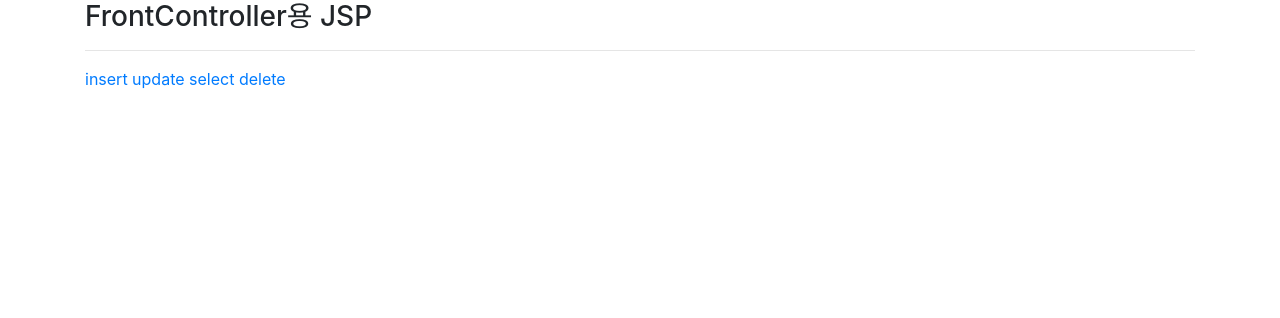
Repository: rasz60/ezen
Page: http://localhost/jsp_servlet_22_ex01/frontCon.jsp
These files come from the project's save history. The page is drawn as it stood at one moment and after the next save; the edit follows.
The browser window is 1280 px wide. The pictures show the whole page.
Some web libraries are served in a nearby version. The page is served by Tomcat 9. Other server files are loaded and not shown.

Above is the page before, as saved 2022-02-14 03:04:25.

### 04_jsp_servlet-workspace/jsp_servlet_22_ex01/src/main/webapp/frontCon.jsp
<%@ page language="java" contentType="text/html; charset=UTF-8"
    pageEncoding="UTF-8"%>
<%@ taglib prefix="c" uri="http://java.sun.com/jsp/jstl/core" %>
<%@ taglib prefix="fmt" uri="http://java.sun.com/jsp/jstl/fmt" %>
<%@ taglib prefix="sql" uri="http://java.sun.com/jsp/jstl/sql" %>
<%@ taglib prefix="x" uri="http://java.sun.com/jsp/jstl/xml" %>
<%@ taglib prefix="fn" uri="http://java.sun.com/jsp/jstl/functions" %>

<!DOCTYPE html>
<html lang="ko">
<head>
<meta charset="UTF-8">
<meta name="viewport" content="width=device-width, initial-scale=1">
<link rel="stylesheet" href="https://cdn.jsdelivr.net/npm/bootstrap@4.6.1/dist/css/bootstrap.min.css">
<link rel="stylesheet" href="https://pro.fontawesome.com/releases/v5.10.0/css/all.css"
	  integrity="sha384-AYmEC3Yw5cVb3ZcuHtOA93w35dYTsvhLPVnYs9eStHfGJvOvKxVfELGroGkvsg+p"
	  crossorigin="anonymous"/>
<script src="https://ajax.googleapis.com/ajax/libs/jquery/3.5.1/jquery.min.js"></script>
<script src="https://cdn.jsdelivr.net/npm/popper.js@1.16.1/dist/umd/popper.min.js"></script>
<script src="https://cdn.jsdelivr.net/npm/bootstrap@4.6.1/dist/js/bootstrap.bundle.min.js"></script>
<title>FrontCon JSP</title>
</head>

<body>
<div class="container">
	<h3>FrontController용 JSP</h3>
	<hr />

	<a href="insert.do">insert</a>
	<a href="update.do">update</a>
	<a href="select.do">select</a>
	<a href="delete.do">delete</a>
</div>
</body>
</html>

After the next save:
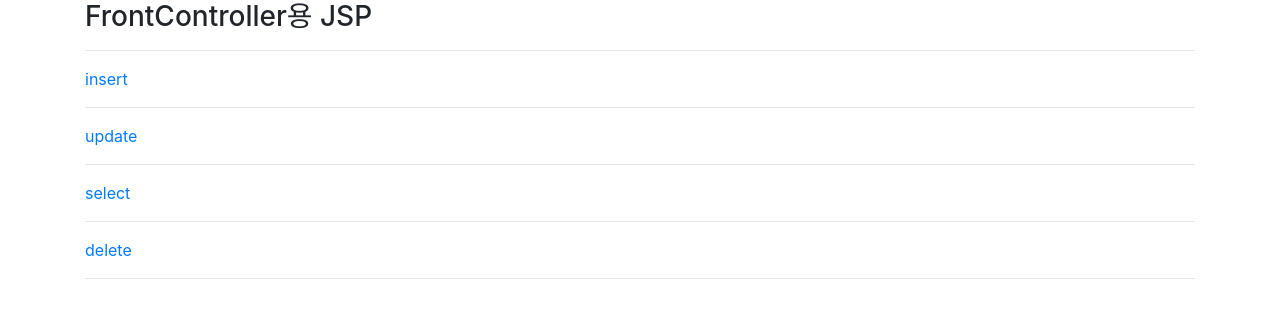
Saved 14 s later.
--- a/04_jsp_servlet-workspace/jsp_servlet_22_ex01/src/main/webapp/frontCon.jsp
+++ b/04_jsp_servlet-workspace/jsp_servlet_22_ex01/src/main/webapp/frontCon.jsp
@@ -25,11 +25,10 @@
 <div class="container">
 	<h3>FrontController용 JSP</h3>
 	<hr />
-
-	<a href="insert.do">insert</a>
-	<a href="update.do">update</a>
-	<a href="select.do">select</a>
-	<a href="delete.do">delete</a>
+	<a href="insert.do">insert</a><hr />
+	<a href="update.do">update</a><hr />
+	<a href="select.do">select</a><hr />
+	<a href="delete.do">delete</a><hr />
 </div>
 </body>
 </html>
